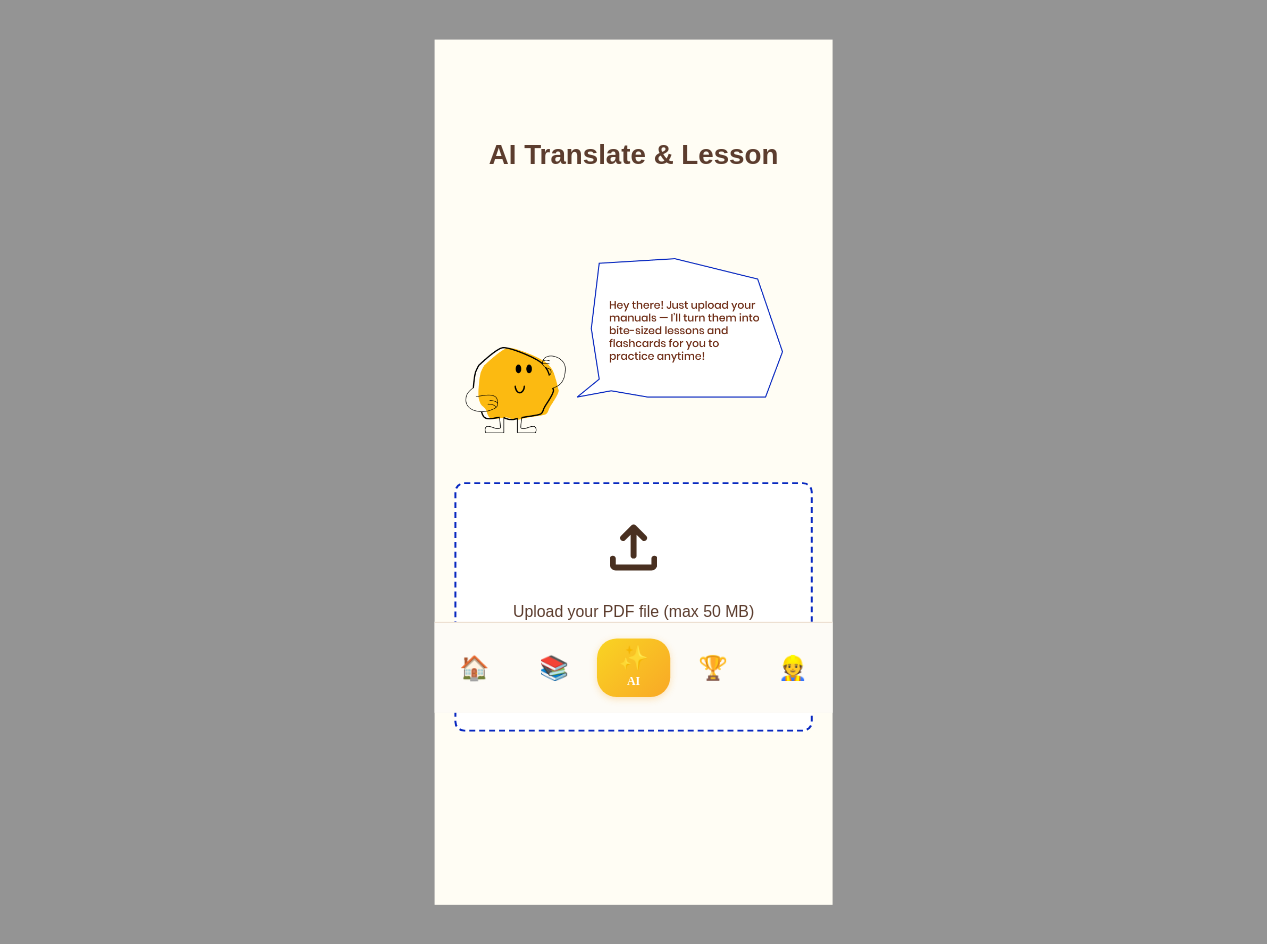
Repository: richelletiongson/Jargon_FrontendShowcase
Page: / (app in jargon_frontend/)
These files come from the project's save history. The page is drawn as it stood at one moment and after the next save; the edit follows.
The browser window is 1280 px wide. The pictures show the whole page, at 99% of full size.
The project was rebuilt for these pictures with package versions that can differ from the ones it lists, and the page was loaded fresh each time. Also part of the build but not shown: jargon_frontend/vite.config.js, jargon_frontend/src/index.css, jargon_frontend/src/home_pages/Home.jsx, jargon_frontend/src/course_pages/Course.jsx, jargon_frontend/src/charts_pages/Charts.jsx, jargon_frontend/src/profile_pages/Profile.jsx.

Above is the page before, as saved 2025-10-22 17:27:19.

After the next save:
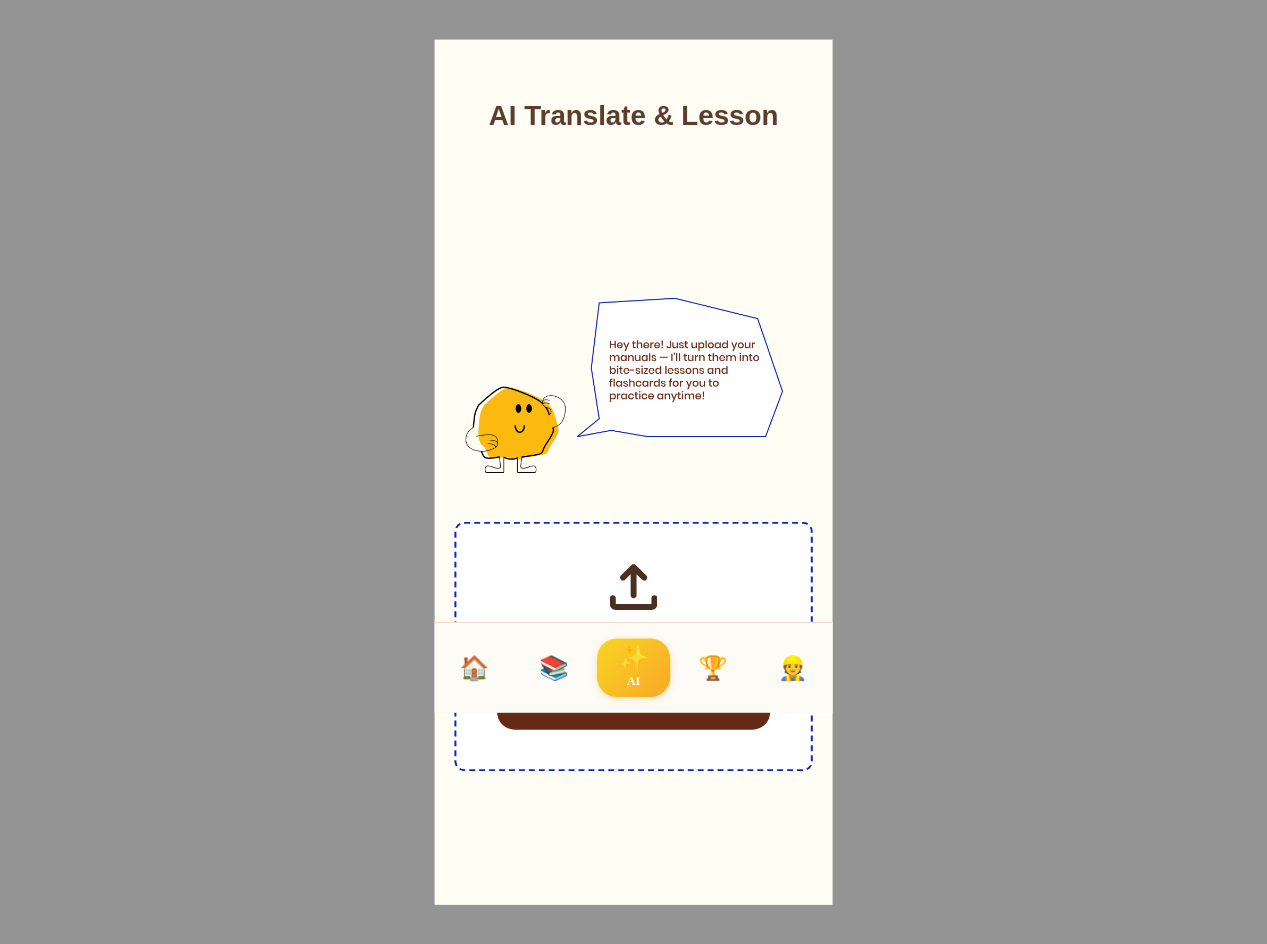
Saved 7 s later.
--- a/jargon_frontend/src/ai_pages/AI.css
+++ b/jargon_frontend/src/ai_pages/AI.css
@@ -32,7 +32,7 @@
   display: flex;
   justify-content: center;
   align-items: center;
-  padding-top: 20px;
+  padding-top: 100px;
 
 }
 
